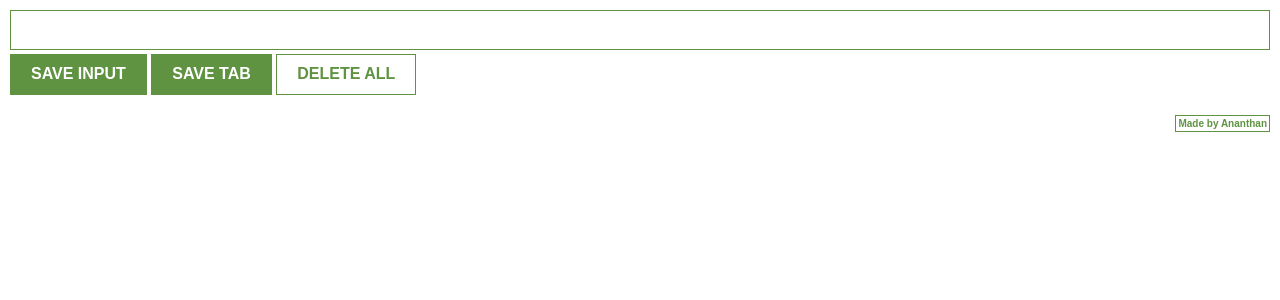
Repository: ananthantharma/Chrome-Extension
Page: index.html
These files come from the project's save history. The page is drawn as it stood at one moment and after the next save; the edit follows.
The browser window is 1280 px wide. The pictures show the whole page.

Above is the page before, as saved 2022-07-20 23:20:16.

### index.html
<html>
    <head><link rel="stylesheet" href="https://cdnjs.cloudflare.com/ajax/libs/normalize/8.0.1/normalize.css">
        <link rel="stylesheet" href="index.css">

    </head>
    <body>
        <input type="text" id="input-el">
        <button id="input-btn">SAVE INPUT</button>
        <button id="tab-btn">SAVE TAB</button>
        <button id="delete-btn">DELETE ALL</button>
        <ul id="ul-el">
        </ul>
        <script src="index.js"></script>
    </body>
    <footer>
        <button id="ananthanMessage">Made by Ananthan</button>
    </footer>
</html>

### index.css
body {
    margin: 0;
    padding: 10px;
    font-family: Arial, Helvetica, sans-serif;
    min-width: 400px;
}
footer{
    font-family: 'Brush Script MT', cursive;
    font-size:20px;
    font-style:none;
    font-weight: normal;
    color: #5f9341;
    text-align: right;
}
input {
    width: 100%;
    padding: 10px;
    box-sizing: border-box;
    border: 1px solid #5f9341;
    margin-bottom: 4px;
}

button {
    background: #5f9341;
    color: white;
    padding: 10px 20px;
    border: 1px solid #5f9341;
    font-weight: bold;
}

#delete-btn {
    background: white;
    color: #5f9341;
}

ul {
    margin-top: 20px;
    list-style: none;
    padding-left: 0;
}

li {
    margin-top: 5px;
}

a {
    color: #5f9341;
}

#delete-icon {
    background: white;
    color: #5f9341;
    font-family: Arial, Helvetica, sans-serif;
    font-size:10px;

    margin: 0;
    padding: 0;
    margin-left: 4px;

    line-height: normal;
}
.small-btn{
    background: white;
    color: #5f9341;
    font-family: Arial, Helvetica, sans-serif;
    font-size:10px;

    margin: 0;
    padding: 0;
    margin-left: 4px;

    line-height: normal;
}
#ananthanMessage {
    background: white;
    color: #5f9341;
    font-family: Arial, Helvetica, sans-serif;
    font-size:10px;

    margin: 0;
    padding: 2;
    margin-left: 4px;

    line-height: normal;

### index.js
let myLeads = []
const inputEl = document.getElementById("input-el")
const inputBtn = document.getElementById("input-btn")
const ulEl = document.getElementById("ul-el")
const deleteBtn = document.getElementById("delete-btn")
const leadsFromLocalStorage = JSON.parse( localStorage.getItem("myLeads") )
const tabBtn = document.getElementById("tab-btn")
const li=document.createElement("li")



if (leadsFromLocalStorage) {
    myLeads = leadsFromLocalStorage
    render(myLeads)
   }

tabBtn.addEventListener("click", function(){
    chrome.tabs.query({active: true, currentWindow: true}, function(tabs){
        myLeads.push(tabs[0].url)
        localStorage.setItem("myLeads", JSON.stringify(myLeads) )

        let a5=document.createElement('a')
        let list5 =document.createElement("li")
        let button5=document.createElement('button')

        button5.className="small-btn"
        button5.id="small-button"
        button5.innerHTML="Delete";
        button5.onclick=function(){
            list5.remove()
            let index = myLeads.indexOf(tabs[0].url);
            //if (index !== -1) {
                myLeads.splice(index, 1);
                localStorage.setItem("myLeads", JSON.stringify(myLeads) )
            //}
        }
        a5.innerHTML=tabs[0].url
        a5.title =tabs[0].url
        a5.href=tabs[0].url



        ulEl.appendChild(list5)
        list5.appendChild(a5)
        list5.appendChild(button5)



        })
    })

function render(leads) {
    for (let i = 0; i < leads.length; i++) {
        //li.appendChild(document.createTextNode(leads[i]));
        let a=document.createElement('a')
        let list =document.createElement("li")
        let button=document.createElement("button")
        button.className="small-btn"
        button.id="small-button"
        button.innerHTML="Delete";
        //*********************************************** */
        button.onclick=function(){
            list.remove()
            let index = myLeads.indexOf(leads[i]);
            //if (index !== -1) {
                myLeads.splice(index, 1);
                localStorage.setItem("myLeads", JSON.stringify(myLeads) )
            //}
        }

        a.innerHTML=leads[i]
        a.title =leads[i]
        a.href=leads[i]

        ulEl.appendChild(list)
        list.appendChild(a)
        list.appendChild(button)



        }

          }

          function removebutton(parent) {

                this.parentElement.remove();
            }

    deleteBtn.addEventListener("dblclick", function() {
        myLeads = []
        localStorage.clear()
        document.getElementById('ul-el').innerHTML = '';
        console.log(myLeads)
        })





    inputBtn.addEventListener("click", function() {
        myLeads.push(inputEl.value)
        localStorage.setItem("myLeads", JSON.stringify(myLeads))

        let a1=document.createElement('a')
        let list1=document.createElement("li")

        let button2=document.createElement('button')
        button2.className="small-btn"
        button2.id="small-button"
        a1.innerHTML=inputEl.value
        a1.title =inputEl.value
        a1.href=inputEl.value

        button2.innerHTML="Delete"
        button2.onclick=function(){
            list1.remove()
            let index = myLeads.indexOf(inputEl.value);
            //if (index !== -1) {
                myLeads.splice(index, 1);
                localStorage.setItem("myLeads", JSON.stringify(myLeads) )
            //}
        }


        ulEl.appendChild(list1);
        list1.appendChild(a1)
        list1.appendChild(button2)


        inputEl.value = ""


        console.log(myLeads)
        })



        /* removeBtn && removeBtn.addEventListener("click", function(){
            myLeads.splice(this.i, 1);
            localStorage.setItem("myLeads", JSON.stringify(myLeads) )
            render(myLeads)
        }) */

     /*    function removebutton(i){
            myLeads.splice(i, 1);
            localStorage.setItem("myLeads", JSON.stringify(myLeads) )
            render(myLeads)
        } */

After the next save:
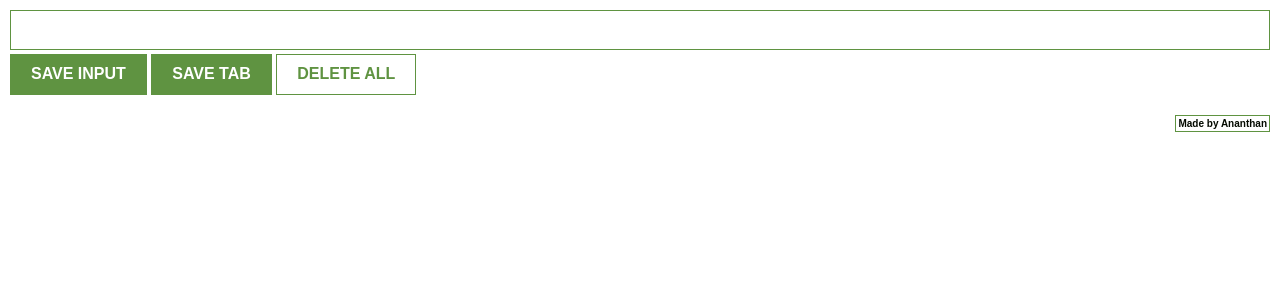
Saved 10 s later.
--- a/index.css
+++ b/index.css
@@ -73,7 +73,7 @@ a {
 }
 #ananthanMessage {
     background: white;
-    color: #5f9341;
+    color: #040a00;
     font-family: Arial, Helvetica, sans-serif;
     font-size:10px;
 
